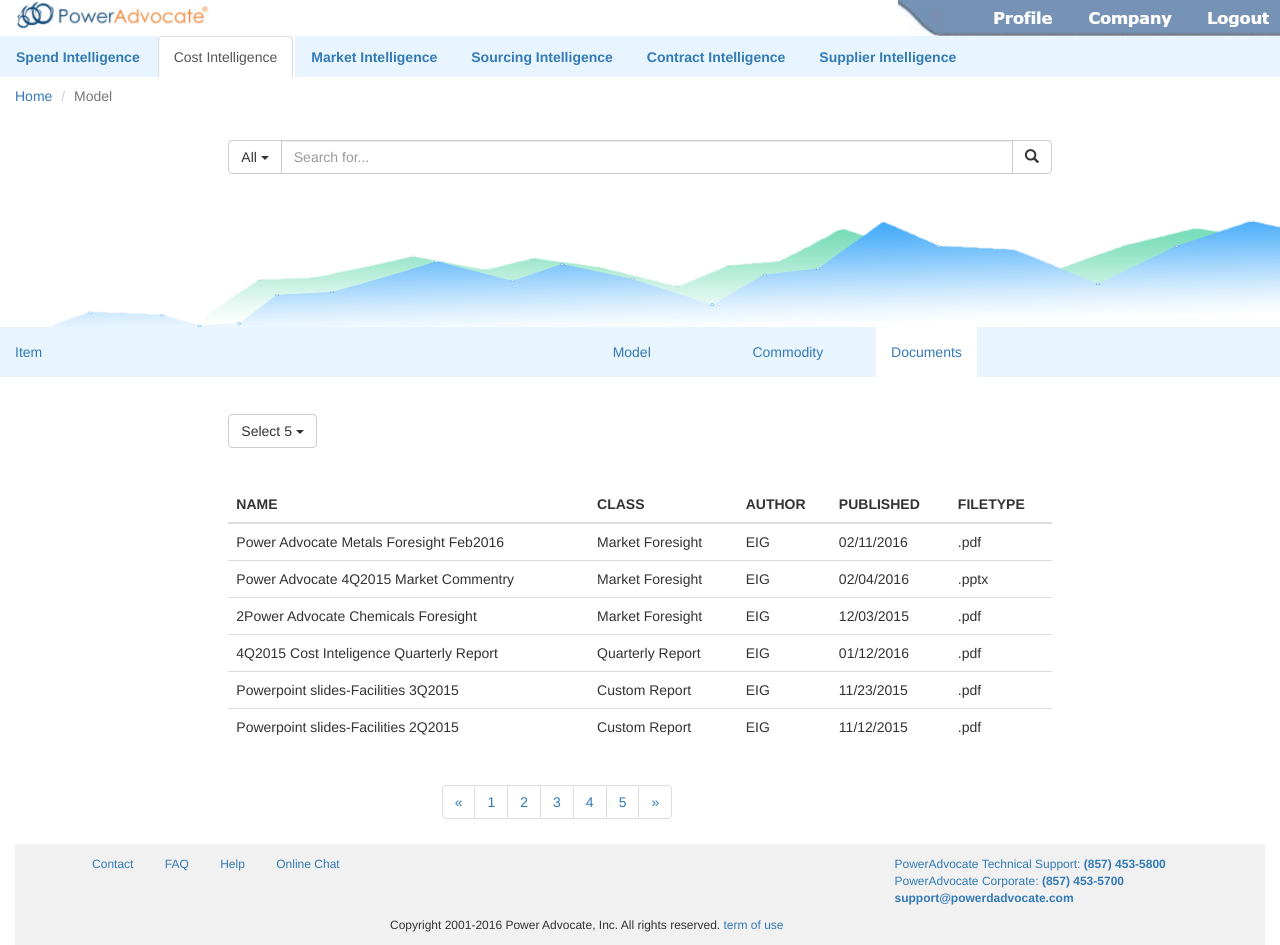
Repository: SamiraMansouri/PowerAdvocate-CostIntelligence-Application-new-Design-using-UserExperience-Method-
Page: http://localhost/PowerAdvocate/WEB-INF/views/Documents.jsp
The author's editor kept a copy of each file at every save. The page is drawn from the files as they stood at one save, then again after the next save.
The browser window is 1280 px wide. The pictures show the whole page.
The page is served by Tomcat 9. Nobody is signed in. Other server files are loaded and not shown. The template is opened directly, without the code that normally fills it, so the values that code supplies are empty.

Above is the page before, as saved 2016-04-25 05:51:14.

### PowerAdvocate-Prototype/PowerAdvocate/src/main/webapp/WEB-INF/views/Documents.jsp
<!DOCTYPE html>
<html lang="en">
<head>
<title>Documents</title>
<meta charset="utf-8">
<meta name="viewport" content="width=device-width, initial-scale=1">
<link rel="stylesheet"
	href="http://maxcdn.bootstrapcdn.com/bootstrap/3.3.6/css/bootstrap.min.css">
<script
	src="https://ajax.googleapis.com/ajax/libs/jquery/1.12.0/jquery.min.js"></script>
<script
	src="http://maxcdn.bootstrapcdn.com/bootstrap/3.3.6/js/bootstrap.min.js"></script>
</head>
<style>
.nav .navbar-nav>li>a:hover, .navbar-default .navbar-nav>li>a:focus {
	color: #ffff; /*Sets the text hover color on navbar*/
}

.nav .nav-tabs>.active>a, .nav .nav-tabs>.active>a:hover, .nav .nav-tabs>.active>a:focus
	{
	color: black; /*BACKGROUND color for active*/
	background-color: red;
}

.nav {
	background-color: #e8f5fe;
	border-color: white;
}

.nav>li>a:hover, .nav>li>a:focus {
	text-decoration: none;
	background-color: silver; /*Change rollover cell color here*/
}

.navbar-default .navbar-nav>li>a {
	color: white; /*Change active text color here*/
}

.top-buffer {
	margin-top: 3%;
}

.nav .nav-tabs {
	display: inline-block;
	float: none;
	vertical-align: top;
}

.nav .navbar-collapse {
	text-align: center;
}

#bs-example-navbar-collapse-1 {
	padding: 0;
}

lineblue {
	border-bottom: 5pt solid black;
}

.navbar-nav {
	width: 100%;
	text-align: center; > li { float : none;
	display: inline-block;
}

}
.active {
	background-color: #fff;
}

.btn-warning.btn-outline {
	color: #f0ad4e;
}

.btn-warning.btn-outline:hover {
	color: #fff;
}

.btn-outline {
	background-color: transparent;
	color: inherit;
	transition: all .5s;
}

.footer {
	background-color: #F1F1F1;
	padding-top: 1%;
	font-size: 12px;
}

#col1 li {
	display: inline;
	text-decoration: none;
	padding-left: 5%;
}

#col1 ul {
	padding-left: 0;
}

#col2 li {
	text-decoration: none;
	padding-left: 35%;
	list-style-type: none;
}
.image
{
padding-right:0;

}
ul.nav a:hover { background-color: #e8f5fe; font-weight:bold; !important; }
</style>
<body>

	<div class="container-fluid">
		<div class="row">
			<div class="col-md-4 ">
				<img src="resources/img/pa.png" alt="logo"
					style="width: 50%; height: 30%;">
			</div>
			<div class="col-md-8 image">
				<span class="pull-right "> <img src="resources/img/menu.png"
					class="pull-right " alt="logo" style="width: 60%; height: 30%;">
				</span>
			</div>
		</div>

		<!--end of row-->
		<div class="row">
			<ul class="nav nav-tabs">
				<li role="presentation"><a href="#"><b>Spend
							Intelligence</b></a></li>
				<li role="presentation" class="active"><a href="#">Cost
						Intelligence</a></li>
				<li role="presentation"><a href="#"><b>Market
							Intelligence</b></a></li>
				<li role="presentation"><a href="#"><b>Sourcing
							Intelligence</b></a></li>
				<li role="presentation"><a href="#"><b>Contract
							Intelligence</b></a></li>
				<li role="presentation"><a href="#"><b>Supplier
							Intelligence</b></a></li>
			</ul>
		</div>
		<!--end of row-->

		<div class="row">
			<ol class="breadcrumb"
				style="margin-bottom: 2%; background-color: #fff;">
				<li><a href="/prototype/home">Home</a></li>
				<li class="active">Model</li>
			</ol>
		</div>
		<!-- bread crumb -->

		<div class="row">
			<div class="col-lg-2"></div>
			<div class="col-lg-8">
				<div class="input-group">
					<div class="input-group-btn">
						<button type="button" class="btn btn-default dropdown-toggle"
							data-toggle="dropdown" aria-haspopup="true" aria-expanded="false">
							All <span class="caret"></span>
						</button>
						<ul class="dropdown-menu">
							<li><a href="#">All</a></li>
							<li role="separator" class="divider"></li>
							<li><a href="#">Model</a></li>
							<li><a href="#">Item</a></li>
							<li><a href="#">Commodity</a></li>
						</ul>
					</div>
					<!-- btn-group -->

					<input type="text" class="form-control" placeholder="Search for..." />
					<span class="input-group-btn">
						<button class="btn btn-default" type="button">
							<span class="glyphicon glyphicon-search" aria-hidden="true"></span>
						</button>
					</span>
				</div>
				<!-- /input-group -->
			</div>
			<!-- lg-8 -->
			<div class="col-lg-2"></div>
		</div>
		<!-- /row -->

		<div class="row">
			<div class="col-md-12 image">
				<img  src="resources/img/background_less.png" alt="logo"
					style="width: 100%; height: 115px; margin-top:3%;">
			</div>
		</div>
		<!-- row -->

		<div class="row">
			<div class=" collapse navbar-collapse "
				id="bs-example-navbar-collapse-1">
				<ul class="nav navbar-nav">
				<li><a href="#"></a></li>
				<li><a href="#"></a></li>
				<li><a href="#"></a></li>
				<li><a href="#"></a></li>
				<li><a href="#"></a></li>
				<li><a href="#"></a></li>
				<li><a href="#"></a></li>
				<li><a href="#"></a></li>
					<li ><a href="/prototype/home" >Model</a></li>
									<li><a href="#"></a></li>
					<li class="pull-left"><a href="/prototype/Item">Item</a></li>
									<li><a href="#"></a></li>
					<li><a href="/prototype/Commodity">Commodity</a></li>
									<li><a href="#"></a></li>
					<li class="active"><a href="#">Documents</a></li>
									<li><a href="#"></a></li>
				</ul>
			</div>
			<!-- /.navbar-collapse -->
		</div>

		 <div class="row top-buffer ">
    	<div class="col-md-2"></div>
    	<div class="col-md-2">
    		  <div class="dropdown pull-left">
  						<button class="btn btn-default dropdown-toggle" type="button" id="dropdownMenu2" data-toggle="dropdown" aria-haspopup="true" aria-expanded="false">
    							Select 5
    						<span class="caret"></span>
  						</button>
  							<ul class="dropdown-menu" aria-labelledby="dropdownMenu2">
    							<li><a href="#">Select 5</a></li>
    							<li><a href="#">Select 10</a></li>
    							<li><a href="#">Select 50</a></li>
    							<li><a href="#">Select 100</a></li>
  							</ul>
			   </div>
    	</div>
    </div>

    <div class="row top-buffer ">
    	<div class="col-sm-2"></div>
    	<div class="col-sm-8">
    		<table class="table table-hover">
    					<thead>
      						<tr>
        						<th>NAME</th>
                    <th>CLASS</th>
        						<th>AUTHOR </th>
        						<th>PUBLISHED</th>
                    <th>FILETYPE</th>
      						</tr>
    					</thead>
    					<tbody>
      							<tr>
        							<td>Power Advocate Metals Foresight Feb2016</td>
                      <td>Market Foresight</td>
        							<td>EIG </td>
        							<td>02/11/2016</td>
                      <td>.pdf</td>
      							</tr>
      							<tr>
        							<td>Power Advocate 4Q2015 Market Commentry</td>
                      <td>Market Foresight</td>
        							<td>EIG </td>
        							<td>02/04/2016</td>
                      <td>.pptx</td>
      							</tr>
      							<tr>
        							<td>2Power Advocate Chemicals Foresight </td>
                      <td>Market Foresight</td>
        							<td>EIG </td>
        							<td>12/03/2015</td>
                      <td>.pdf</td>
      							</tr>
      							<tr>
        							<td>4Q2015 Cost Inteligence Quarterly Report</td>
                      <td>Quarterly Report</td>
                      <td>EIG </td>
        							<td>01/12/2016</td>
                      <td>.pdf</td>
      							</tr>
      							<tr>
        							<td>Powerpoint slides-Facilities 3Q2015</td>
                      <td>Custom Report</td>
        							<td>EIG </td>
        							<td>11/23/2015</td>
                      <td>.pdf</td>
      							</tr>
                    <tr>
                      <td>Powerpoint slides-Facilities 2Q2015</td>
                      <td>Custom Report</td>
                      <td>EIG </td>
                      <td>11/12/2015</td>
                      <td>.pdf</td>
                    </tr>
    					</tbody>
    			</table>
    	</div>
    </div>
	<!-- pagination -->
	<div class="row">
		<div class="col-md-2"></div>
		<div class="col-md-2"></div>
		<div class="col-md-8 ">
			<nav>
				<ul class="pagination">
					<li><a href="#" aria-label="Previous"> <span
							aria-hidden="true">&laquo;</span>
					</a></li>
					<li><a href="#">1</a></li>
					<li><a href="#">2</a></li>
					<li><a href="#">3</a></li>
					<li><a href="#">4</a></li>
					<li><a href="#">5</a></li>
					<li><a href="#" aria-label="Next"> <span
							aria-hidden="true">&raquo;</span>
					</a></li>
				</ul>
			</nav>
		</div>
	</div>
	<!--pagination-->
	<!--footer-->
	<div class="footer">
		<div class="row ">
			<div class="col-md-6" id="col1" style="padding-left: 5%;">
				<ul>
					<li><a src="#"> Contact</a></li>
					<li><a src="#"> FAQ </a></li>
					<li><a src="#"> Help</a></li>
					<li><a src="#"> Online Chat</a></li>
				</ul>
			</div>

			<div class="col-md-6" id="col2">
				<ul>
					<li><a src="#"> PowerAdvocate Technical Support:<b> (857)
							453-5800</b></a></li>
					<li><a src="#"> PowerAdvocate Corporate: <b>(857) 453-5700 </b></a></li>
					<li><a src="#"><b>support@powerdadvocate.com</b> </a></li>
				</ul>
			</div>
		</div>
		<div class="row">
			<div class="col-md-12">
				<p style="padding-left: 30%;">
					Copyright 2001-2016 Power Advocate, Inc. All rights reserved.<a
						src="#"> term of use </a>
				</p>
			</div>
		</div>
	</div>
	<!-- end of footer-->


	</div>
</body>
</html>

After the next save:
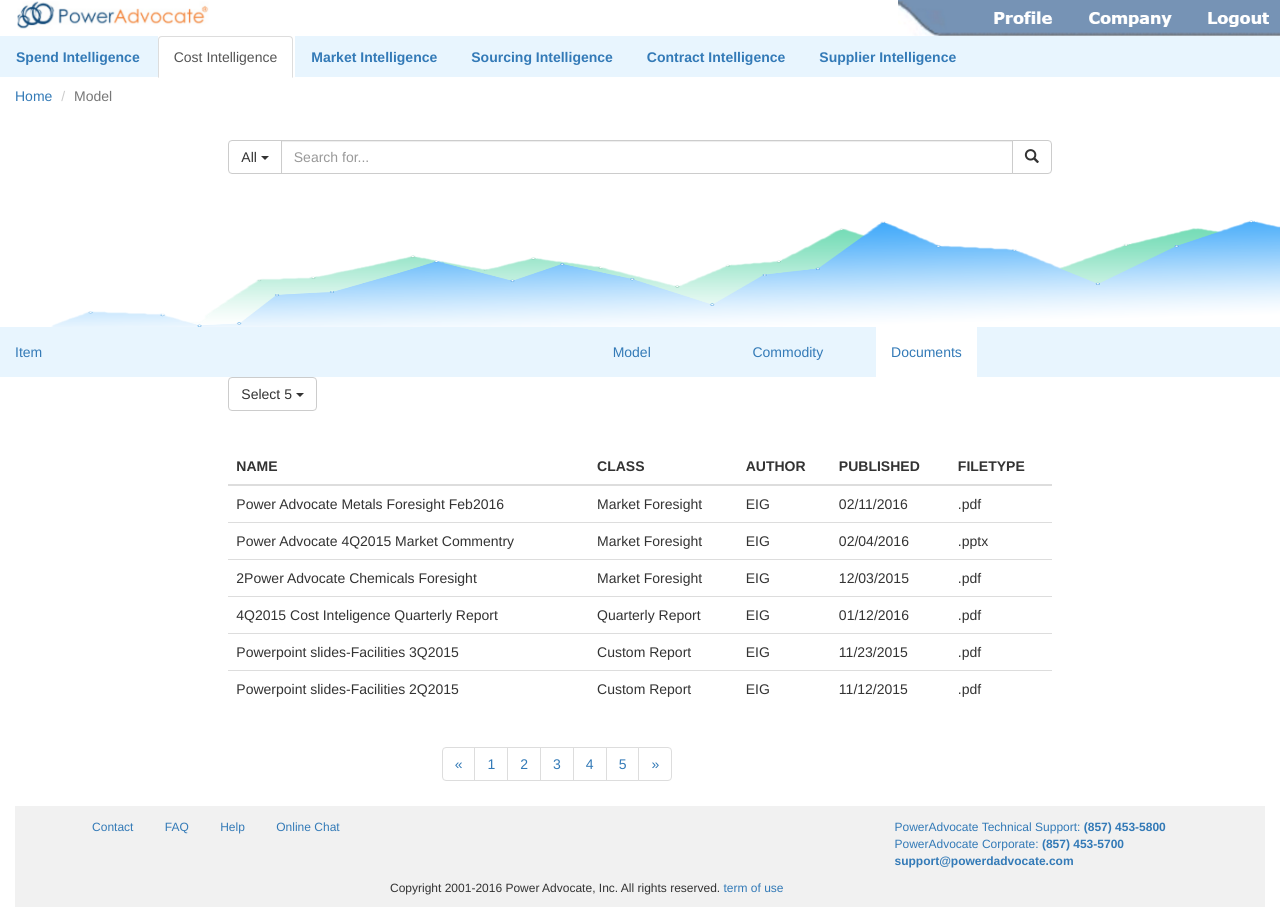
Saved 53 s later.
--- a/PowerAdvocate-Prototype/PowerAdvocate/src/main/webapp/WEB-INF/views/Documents.jsp
+++ b/PowerAdvocate-Prototype/PowerAdvocate/src/main/webapp/WEB-INF/views/Documents.jsp
@@ -220,7 +220,7 @@
 			<!-- /.navbar-collapse -->
 		</div>
 
-		 <div class="row top-buffer ">
+		 <div class="row ">
     	<div class="col-md-2"></div>
     	<div class="col-md-2">
     		  <div class="dropdown pull-left">
